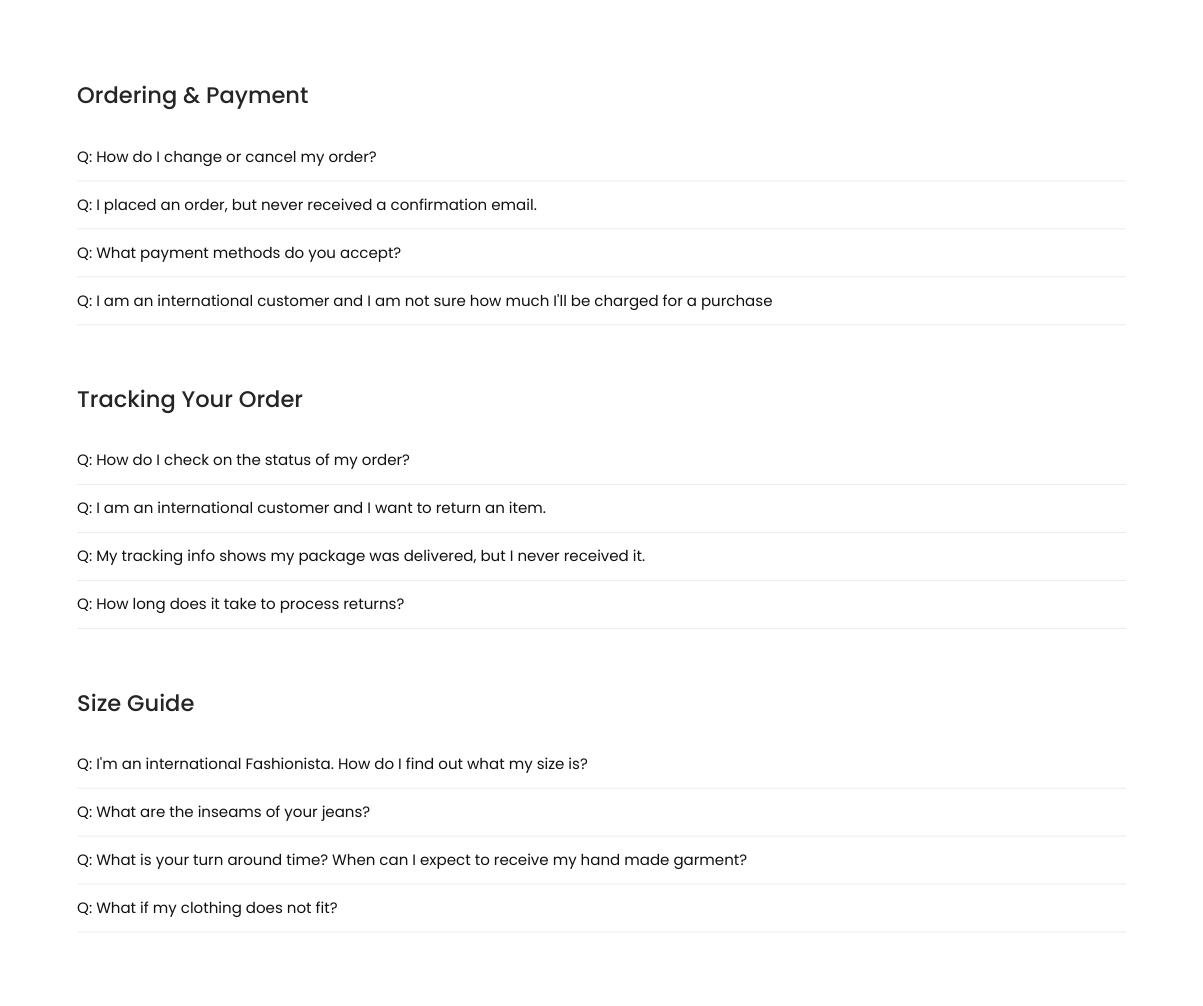
Repository: ST-United-Internship/Modaz-4life
Page: FaQ/FAQ.html
The author's editor kept a copy of each file at every save. The page is drawn from the files as they stood at one save, then again after a run of saves.
The browser window is 1280 px wide. The pictures show the whole page, at 94% of full size.

Above is the page before, as saved 2023-03-22 17:32:20.

After the next 2 saves:
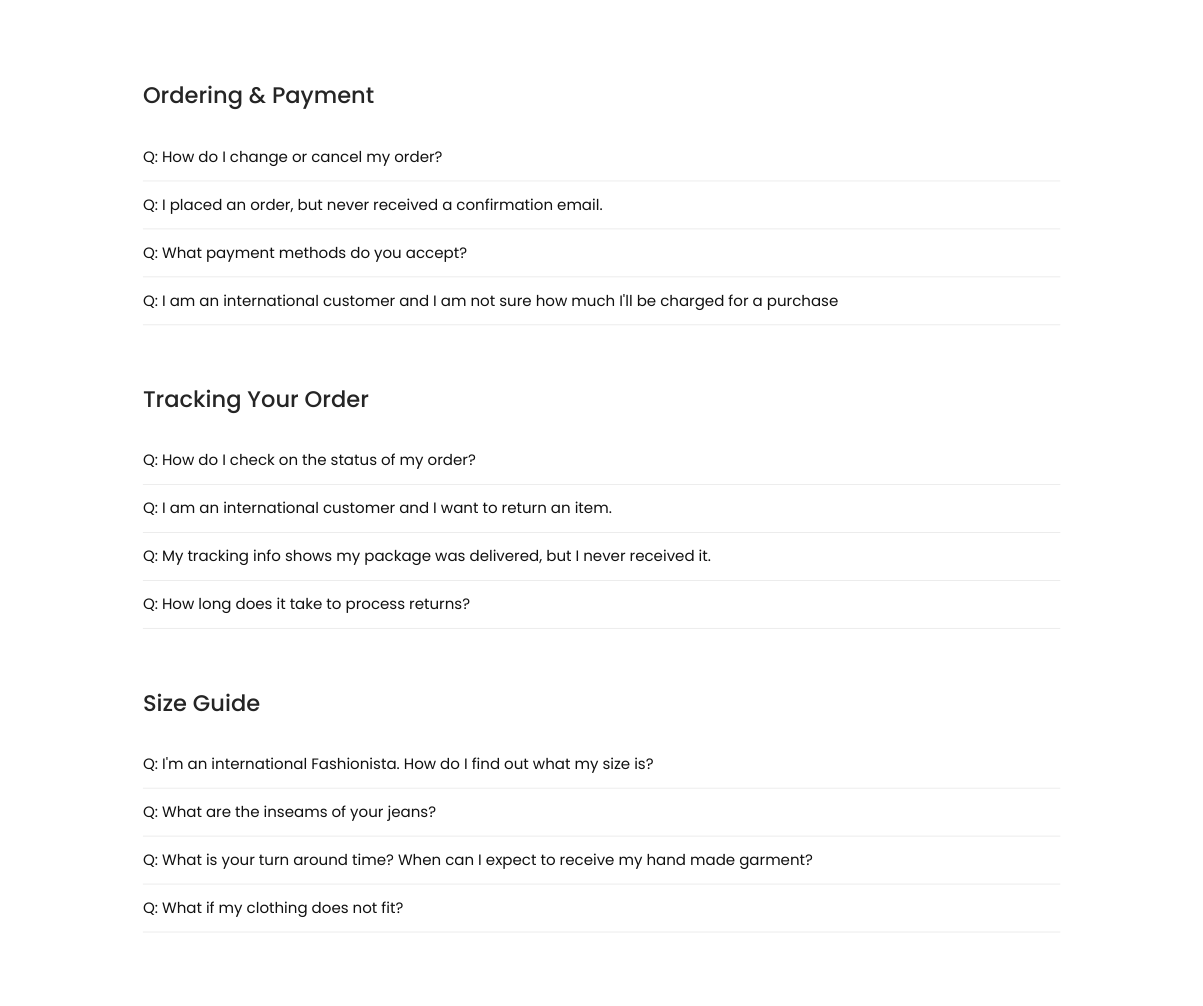
The 2 saves are shown as one change because they came seconds apart.
The last was saved 11 s later.
--- a/FaQ/FAQ.css
+++ b/FaQ/FAQ.css
@@ -27,7 +27,7 @@
 .container{
     position: relative;
     margin: 0 auto;
-    max-width: 1000px;
+    max-width: 1000px !important;
 }
 
 .loaded{
